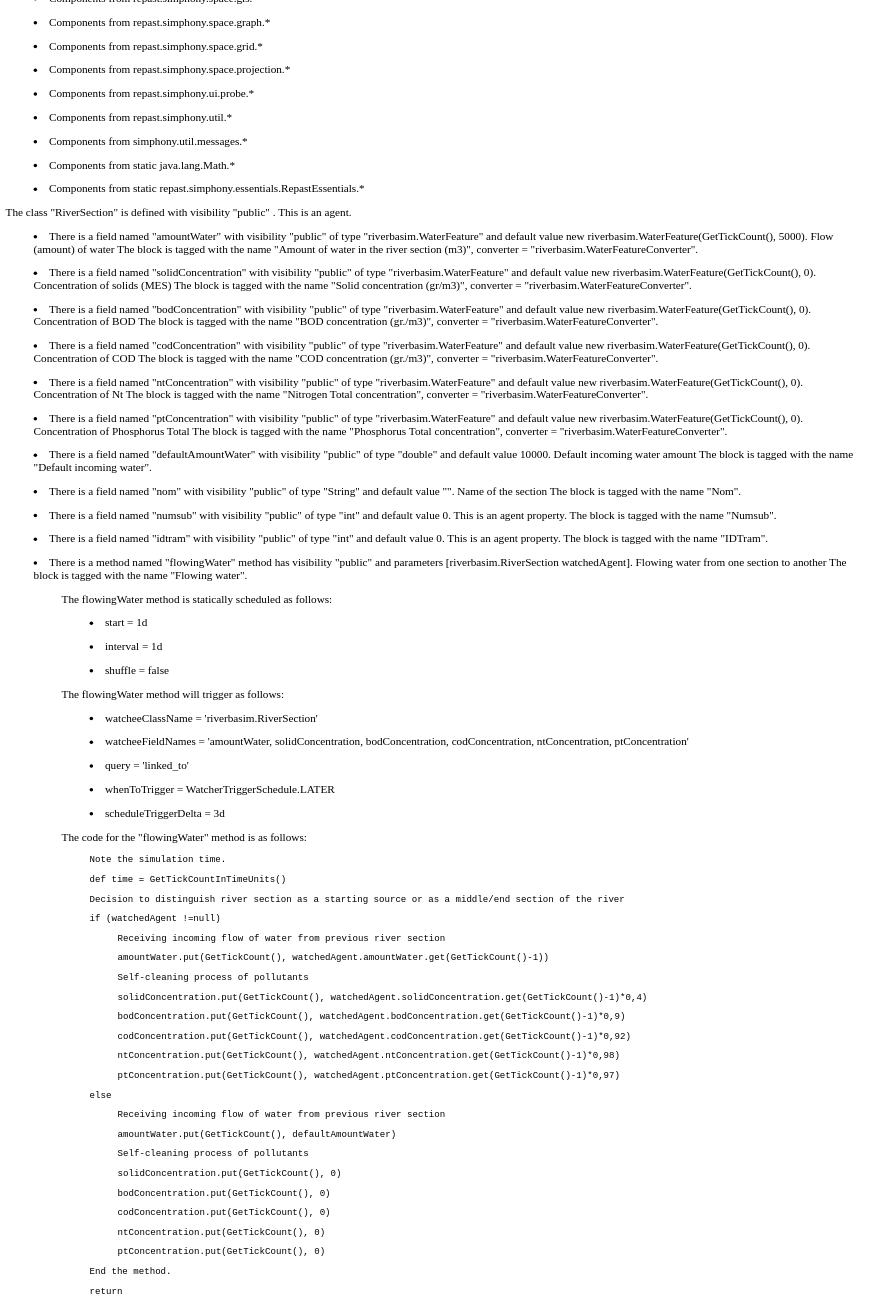
Repository: kemlg/RiverBaSim
Page: RiverBaSim/docs/.RiverSection.html
The author's editor kept a copy of each file at every save. The page is drawn from the files as they stood at one save, then again after the next save.
The browser window is 1280 px wide. The pictures show the part of the page from y = 1107 to 3027 px (the page is 2975 px tall before and 3027 px after), at 70% of full size.

Above is the page before, as saved 2013-07-20 13:09:00.

After the next save:
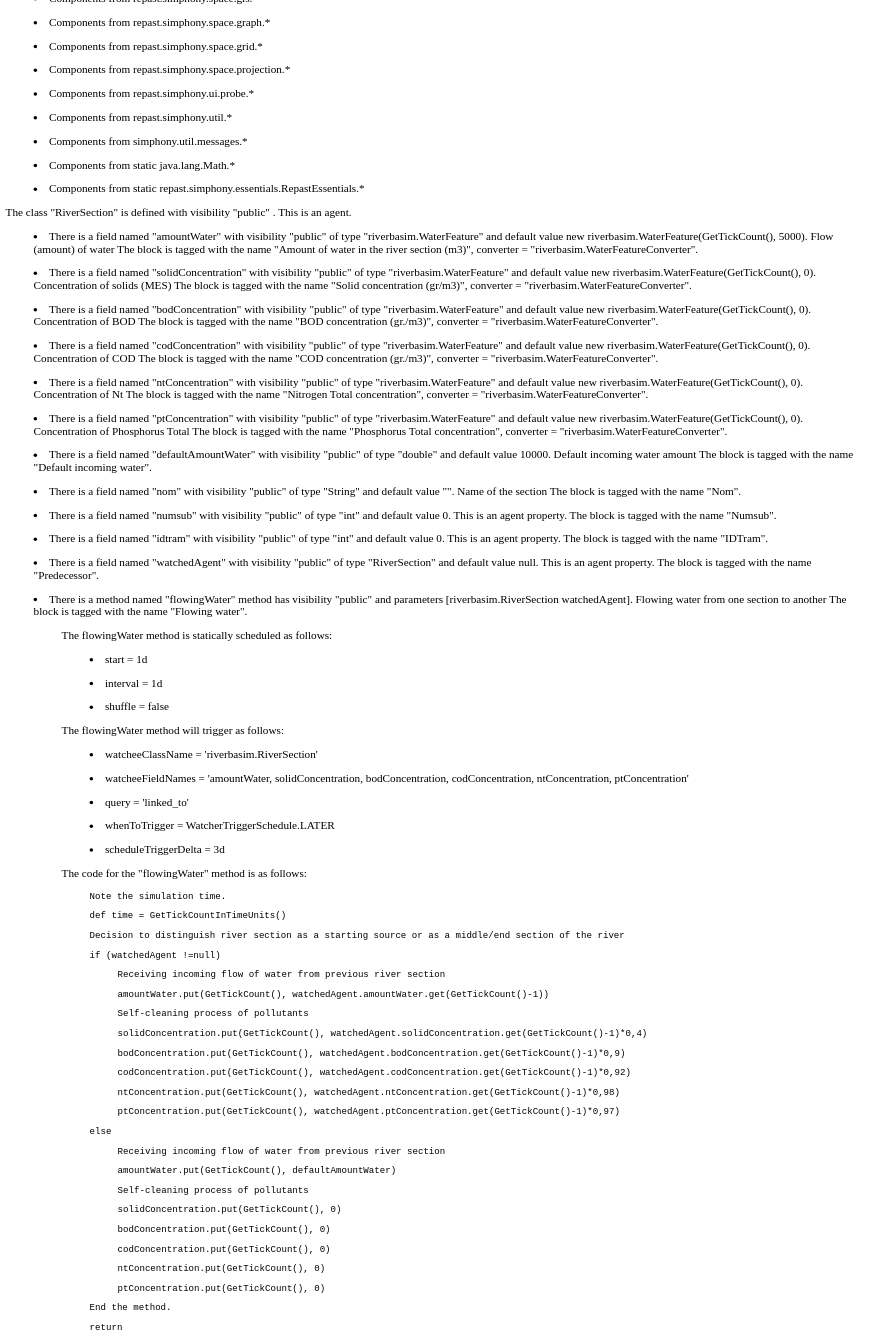
Saved 15 s later.
--- a/RiverBaSim/docs/.RiverSection.html
+++ b/RiverBaSim/docs/.RiverSection.html
@@ -62,6 +62,8 @@ The class "RiverSection" is defined with visibility "public" . This is an agent.
 </p>
     <li>There is a field named "idtram" with visibility "public" of type "int" and default value 0. This is an agent property. The block is tagged with the name "IDTram".</li></p>
 </p>
+    <li>There is a field named "watchedAgent" with visibility "public" of type "RiverSection" and default value null. This is an agent property. The block is tagged with the name "Predecessor".</li></p>
+</p>
     </p>
     </p>
         <li>There is a method named "flowingWater" method has visibility     "public" and parameters [riverbasim.RiverSection watchedAgent]. Flowing water from one section to another The block is tagged with the name "Flowing water".</li></p>
